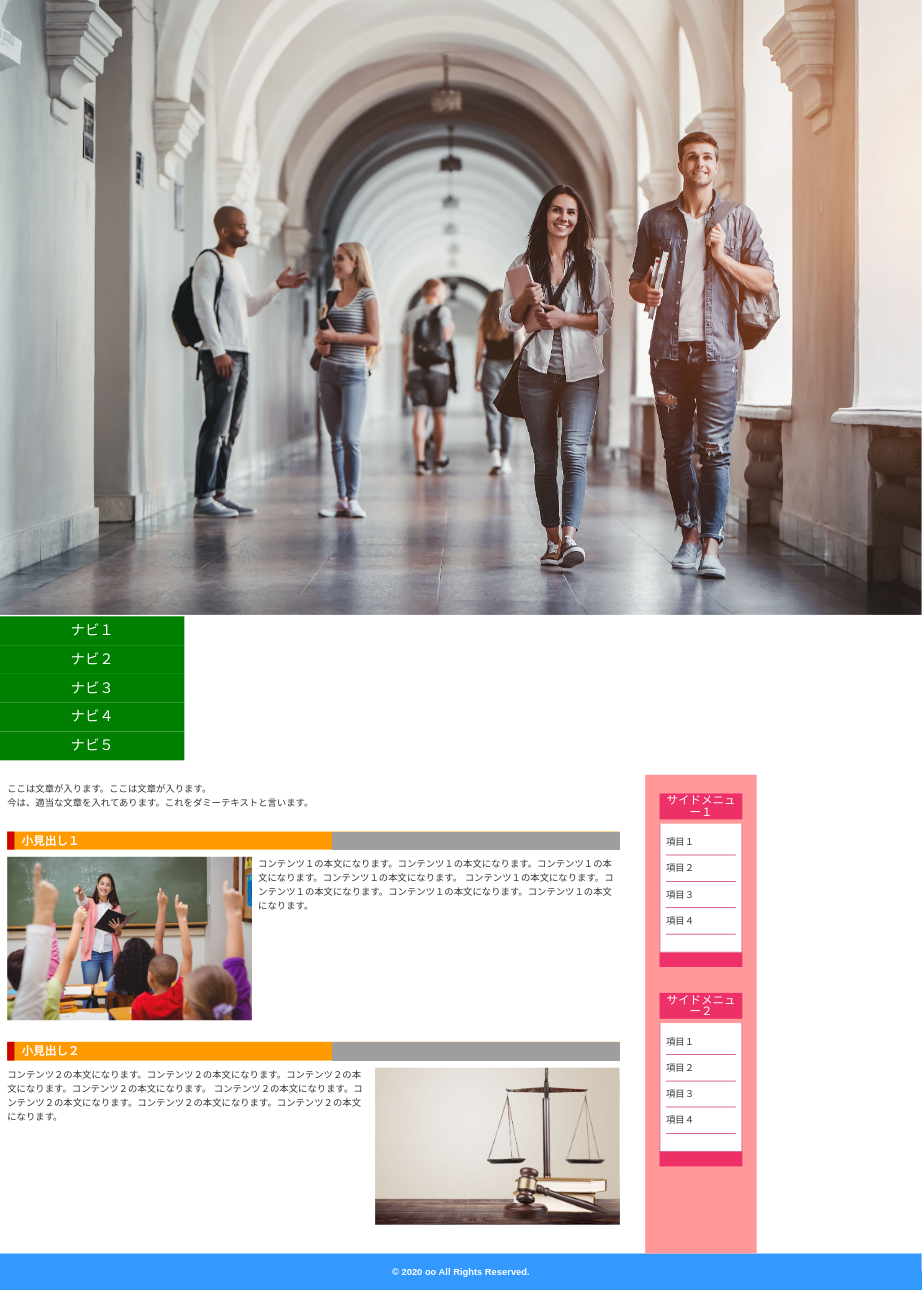
Repository: komikomi650/samurai_HTML-CSS
Page: samurai_html_4/home.html
The author's editor kept a record of every edit. The page is drawn from the files as they stood at one moment, then again after the next edit.
The browser window is 1280 px wide. The pictures show the whole page, at 72% of full size.
Pictures or frames that could not be fetched are drawn as grey boxes.

Above is the page before.

### samurai_html_4/home.html
<!DOCTYPE html>
<html lang="ja">
<head>
    <meta charset="UTF-8">
    <title>HTML/CSSの学習</title>
    <link rel="stylesheet" href="stylesheet.css">
</head>
<body>
    <div id="header">
        <h1><a href="index.html"><img id="corridor" src="images/corridor.jpg" alt="大学の廊下"></a></h1>
    </div>
    <div id="wrapper">
        <div id="nav">
            <ul>
                <li><a href="home.html">ナビ１</a></li>
                <li><a href="#">ナビ２</a></li>
                <li><a href="#">ナビ３</a></li>
                <li><a href="#">ナビ４</a></li>
                <li><a href="#">ナビ５</a></li>
            </ul>
        </div>
    </div>
    <div id="container">
        <div id="main">
            <div class="post">
                <p>ここは文章が入ります。ここは文章が入ります。<br />今は、適当な文章を入れてあります。これをダミーテキストと言います。</p>
            </div>
            <div class="post clearfix">
                <h2>小見出し１</h2>
                <img class="left" src="images/classroom.jpg" alt="授業風景">
                <p>
                    コンテンツ１の本文になります。コンテンツ１の本文になります。コンテンツ１の本文になります。コンテンツ１の本文になります。
                    コンテンツ１の本文になります。コンテンツ１の本文になります。コンテンツ１の本文になります。コンテンツ１の本文になります。
                </p>
            </div>
            <div class="post clearfix">
                <h2>小見出し２</h2>
                <img class="right" src="images/scale.jpg" alt="天秤">
                <p>
                    コンテンツ２の本文になります。コンテンツ２の本文になります。コンテンツ２の本文になります。コンテンツ２の本文になります。
                    コンテンツ２の本文になります。コンテンツ２の本文になります。コンテンツ２の本文になります。コンテンツ２の本文になります。
                </p>
            </div>
        </div>
        <div id="side">
            <div class="box">
                <h2>サイドメニュー１</h2>
                <div class="boxBody">
                    <ul>
                        <li>項目１</li>
                        <li>項目２</li>
                        <li>項目３</li>
                        <li>項目４</li>
                    </ul>
                </div>
            </div>
            <div class="box">
                <h2>サイドメニュー２</h2>
                <div class="boxBody">
                    <ul>
                        <li>項目１</li>
                        <li>項目２</li>
                        <li>項目３</li>
                        <li>項目４</li>
                    </ul>
                </div>
            </div>
        </div>
    </div>
    <div id="footer">
        <p>&copy; 2020 oo All Rights Reserved.</p>
    </div>
</body>
</html>

### samurai_html_4/stylesheet.css
@charset "utf-8";

body {
    margin: 0 ;
    padding: 0;
    font-family: "ヒラギノ角ゴ Pro W3", "Hiragino kaku Gothic Pro", "メイリオ", Meiryo, Osaka, "ＭＳ Ｐゴシック", "MS PGothic", sans-serif;
    color: #333;
    font-size: 13px;
    line-height: 150%;
}
/*--------------------------wrapper ----------------------*/
#wrapper{
    width: 100%;
    margin: auto;
    padding: 0px;
    border: 0px;
    background-color: #FFF;
    top: 10px;
}

/*--------------------------header ----------------------*/
#header {
    width: 100%;
}
#header h1 {
    margin: 0;
    padding: 0;
}
#corridor {
    width: 100%;
    height: auto;
}

/*--------------------------footer ----------------------*/
#footer {
    clear: both;
    width: 100%;
    padding: 3px 0 3px 0;
    background: #39F;
    color: #FFF;
    font-weight: bold;
    text-align: center;
}

/*--------------------------NAV----------------------*/
#nav {
    width: 100%;
}
#nav ul {
    margin: 0;
    padding: 0;
    list-style-type: none;
}
/*#nav ul li {
    float: left;
    width: 20%;
    text-align: center;
}*/
/*#nav ul li {
    float: left;
    width: 20%;
    text-align: center;
}*/
#nav ul li {
    width: 20%;
    text-align: center;
}
#nav ul li a {
    display: block;
    height: 20px;
    margin: 0;
    padding: 10px;
    color: #FFF;
    font-size: 20px;
    text-decoration: none;
    background-color: green;
}
#nav ul li a:hover{
    filter: drop-shadow(10px 10px 10px black);
}
/*--------------------------Container----------------------*/
#container {
    width: 100%;
    margin: auto;
    padding: auto;
    padding-top: 20px;
    clear: both;
    display: grid;
    grid-template-columns: 70vw 30vw;
}
/*--------------------------Main----------------------*/
#main {
    width: 95%;
/*    float: left;
    width: 60%;*/
    padding: 10px 30px 10px 10px;
}
#main h2 {
    margin: 0 0 10px 0;
    padding: 3px 10px 3px 10px;
    color: #FFF;
    font-size: 16px;
    border-left: solid 10px #C00;
    background: #F90 url(../images/main_h2.jpg) right top repeat-y;
}
#main p {
    margin: 0;
    padding: 0;
}
#main .post {
    margin: 0 0 30px 0;
}
#main .post img.right {
    margin: 0 0 0 8px;
}
#main .post img.left {
    margin: 0 8px 0 0 ;
}

.right {
    float: right;
    width: 40%;
    height: auto;
}
.left {
    float: left;
    width: 40%;
    height: auto;
}

/*--------------------------clearfix----------------------*/
.clearfix {
    zoom: 1;
}
.clearfix:after{
    content: "";
    display: block;
    clear: both;
}
/*--------------------------side----------------------*/
#side {
    float: right;
    width: 30%;
    padding: 20px;
    background-color: #F99;
}
#side .box {
    margin: 0 auto 30px auto;
    padding: 0 0 20px 0;
    background: url(images/side_box.png) bottom no-repeat;
}
#side .box h2 {
    margin: 0;
    padding: 8px;
    text-align: center;
    color: #fff;
    font-size: 16px;
    line-height: 16px;
    font-weight: normal;
    background: url(images/side_box_h2.png) center no-repeat;
}
#side .box .boxBody {
    padding: 8px;
    border-right: solid 1px #C36;
    border-bottom: solid 1px #C36;
    border-left: solid 1px #C36;
    background: #fff;
}
#side .box .boxBody ul {
    margin: 0 0 16px 0;
    padding: 0;
}
#side .box .boxBody ul li {
    padding: 8px 0 8px 0;
    list-style: none;
    border-bottom: solid 1px #C36;
}
#side .box .boxBody ul li:hover{
    padding: 8px 0 8px 4px;
    list-style: none;
    border-bottom: solid 1px #C36;
    box-shadow: 0px 4px 4px rgda(0, 0, 0, 0.3);
}

After the next edit:
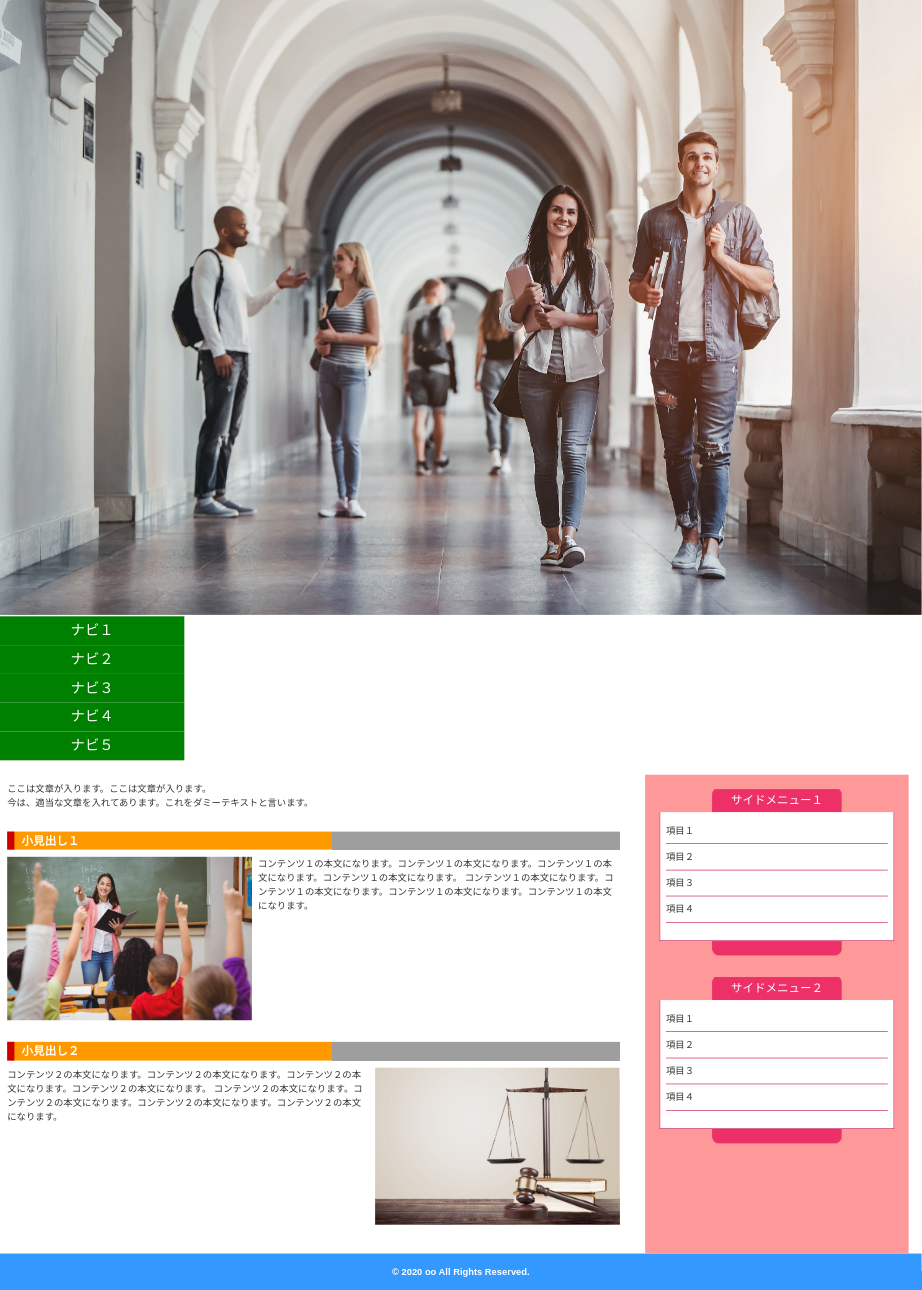
The edit:
--- a/samurai_html_4/stylesheet.css
+++ b/samurai_html_4/stylesheet.css
@@ -139,8 +139,9 @@
 }
 /*--------------------------side----------------------*/
 #side {
-    float: right;
-    width: 30%;
+/*    float: right;
+    width: 30%;*/
+    width: 85%;
     padding: 20px;
     background-color: #F99;
 }
